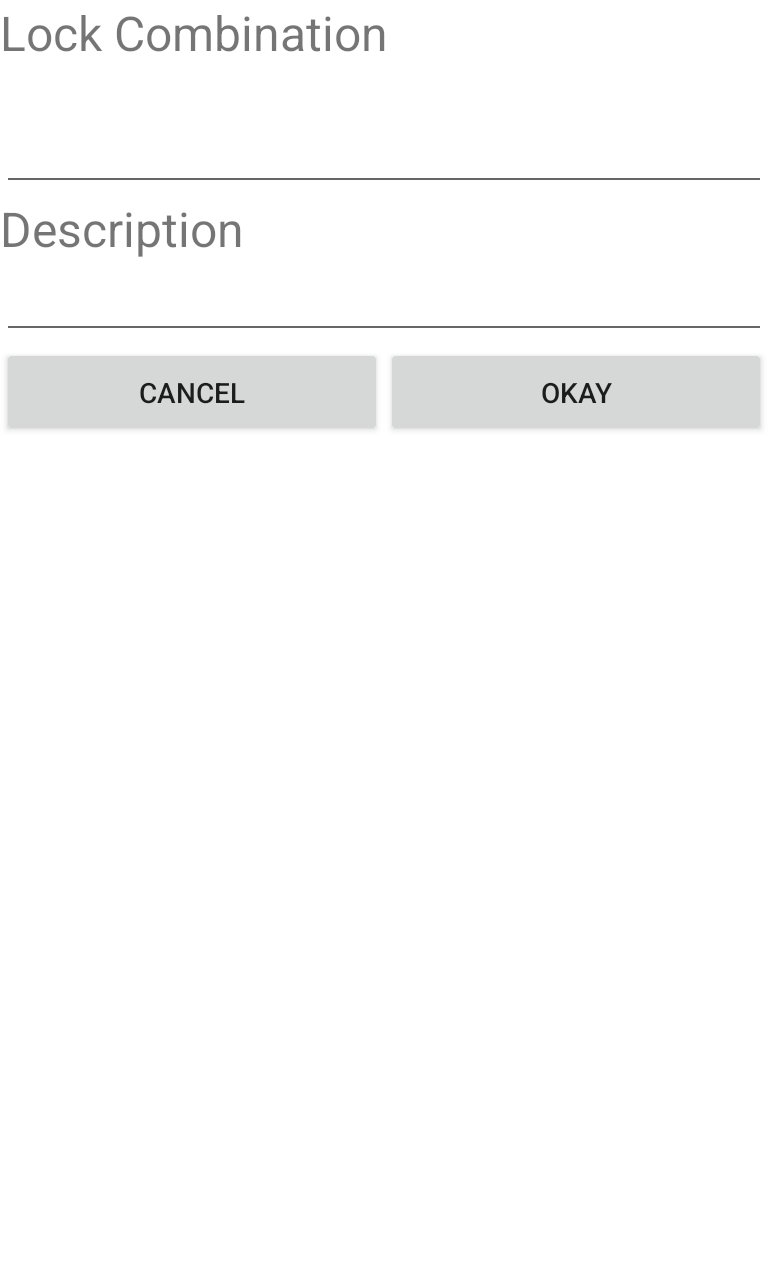
Repository: 2014DaemonDash/no-9th-period
Layout: WeBike/res/layout/register_fragment.xml
The author's editor kept a copy of each file at every save. The layout is drawn from the files as they stood at one save, then again after the next save.
It is drawn on a 768 x 1280 px phone screen (xhdpi) without system bars, with theme AppTheme; the app's code is not run.

Above is the layout before, as saved 2014-09-14 11:18:29.

### WeBike/res/layout/register_fragment.xml
<?xml version="1.0" encoding="utf-8"?>
<LinearLayout xmlns:android="http://schemas.android.com/apk/res/android"
    android:layout_width="match_parent"
    android:layout_height="match_parent"
    android:orientation="vertical"
    android:background="#FFFFFF" >

    <TextView
        android:layout_width="wrap_content"
        android:layout_height="wrap_content"
        android:text="@string/register_combo"
        android:textSize="24dp" />

    <EditText
        android:id="@+id/register_combo"
        android:layout_width="fill_parent"
        android:layout_height="wrap_content"
        android:inputType="text"
        android:singleLine="true"
        android:textSize="36dp" />

    <TextView
        android:layout_width="wrap_content"
        android:layout_height="wrap_content"
        android:text="@string/register_description"
        android:textSize="24dp" />

    <EditText
        android:id="@+id/register_description"
        android:layout_width="fill_parent"
        android:layout_height="wrap_content"
        android:inputType="textMultiLine" />

    <LinearLayout
        android:layout_width="fill_parent"
        android:layout_height="wrap_content"
        android:layout_alignParentBottom="true"
        android:orientation="horizontal" >

        <Button
            android:id="@+id/register_cancel"
            android:layout_width="0dp"
            android:layout_height="wrap_content"
            android:layout_weight="1"
            android:text="@string/cancel" />

        <Button
            android:id="@+id/register_ok"
            android:layout_width="0dp"
            android:layout_height="wrap_content"
            android:layout_weight="1"
            android:text="@string/ok" />

    </LinearLayout>

</LinearLayout>

### WeBike/res/values/strings.xml
<?xml version="1.0" encoding="utf-8"?>
<resources>

    <string name="app_name">WeBike</string>
    <string name="hello_world">Hello world!</string>
    <string name="action_settings">Settings</string>

    <string name="bikesNearbyStr">Find Bikes Nearby</string>
    <string name="bikesRegsiterStr">Register New Bike</string>
    <string name="bikesLeaveStr">Leave Bike</string>
    <string name="findMyBikeStr">Find My Bike</string>
    <string name="rentbike">Check Out</string>

    <string name="ok">Okay</string>
    <string name="cancel">Cancel</string>
    <string name="unlock_text">Unlock with:</string>
    <string name="leave_text">Lock bike with:</string>

    <string name="register_combo">Lock Combination</string>
    <string name="register_description">Description</string>
</resources>

Loaded but not shown: WeBike/res/values/styles.xml (common file); WeBike/res/values-v11/styles.xml (common file); WeBike/res/values-v14/styles.xml (common file)

After the next save:
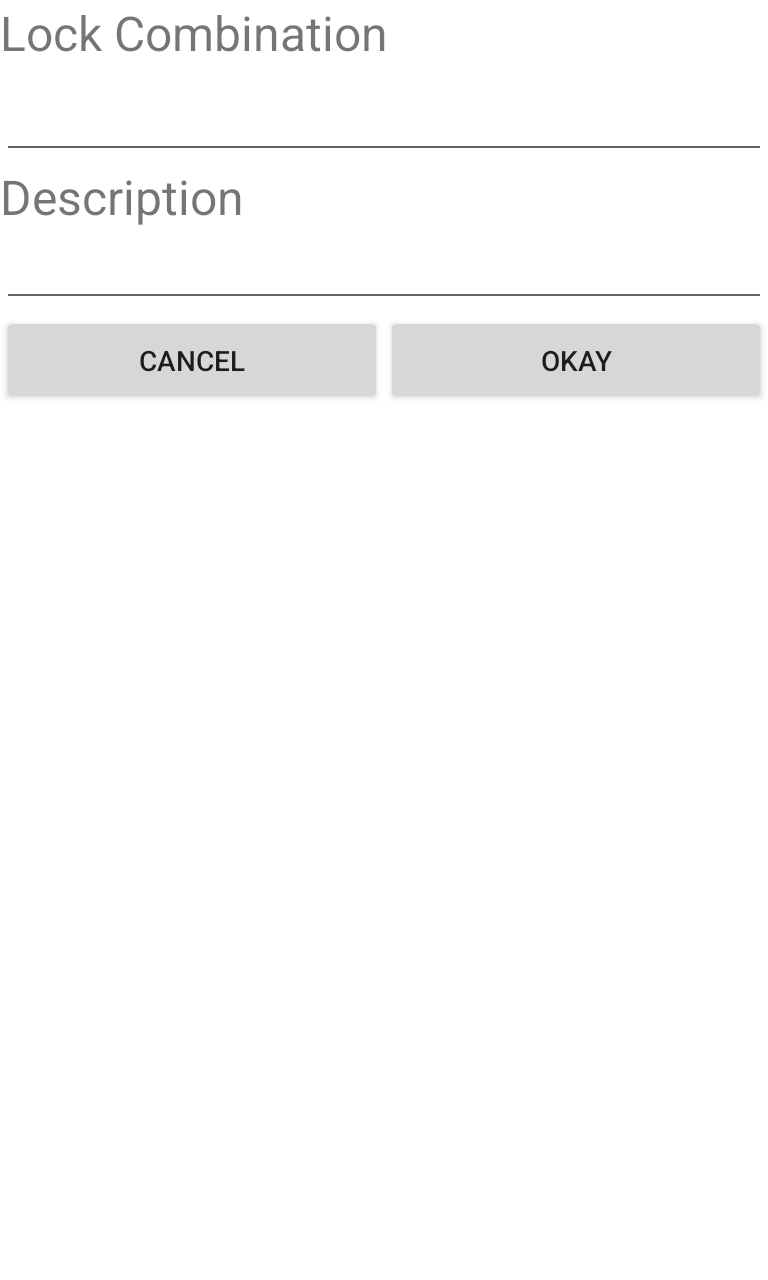
Saved 10 min 40 s later.
--- a/WeBike/res/layout/register_fragment.xml
+++ b/WeBike/res/layout/register_fragment.xml
@@ -17,7 +17,7 @@
         android:layout_height="wrap_content"
         android:inputType="text"
         android:singleLine="true"
-        android:textSize="36dp" />
+        android:textSize="24dp" />
 
     <TextView
         android:layout_width="wrap_content"
